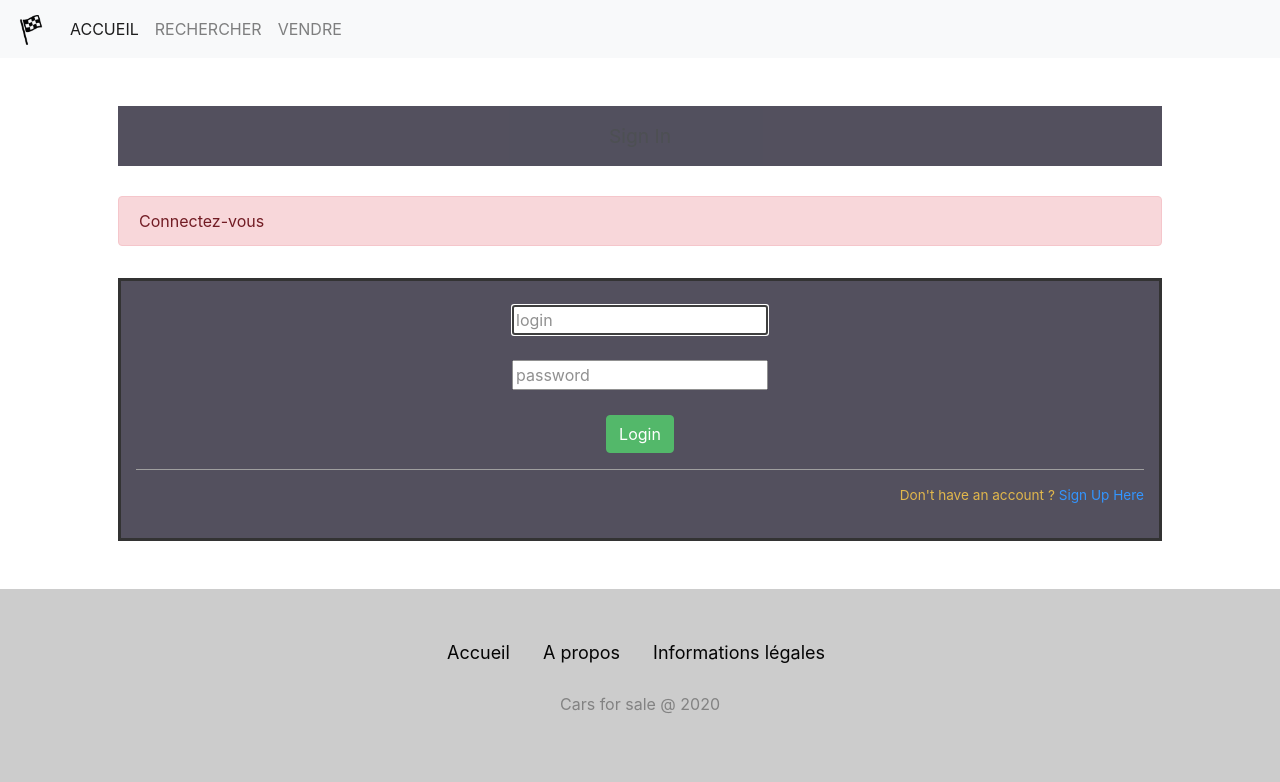
Repository: JonasvanHoorebeke/node_project_carforsale_final
Page: http://localhost/login/now
The author's editor kept a copy of each file at every save. The page is drawn from the files as they stood at one save, then again after the next save.
The browser window is 1280 px wide. The pictures show the whole page.
The page is served by the project's Node server (server.js).

Above is the page before, as saved 2020-08-26 09:42:43.

After the next save:
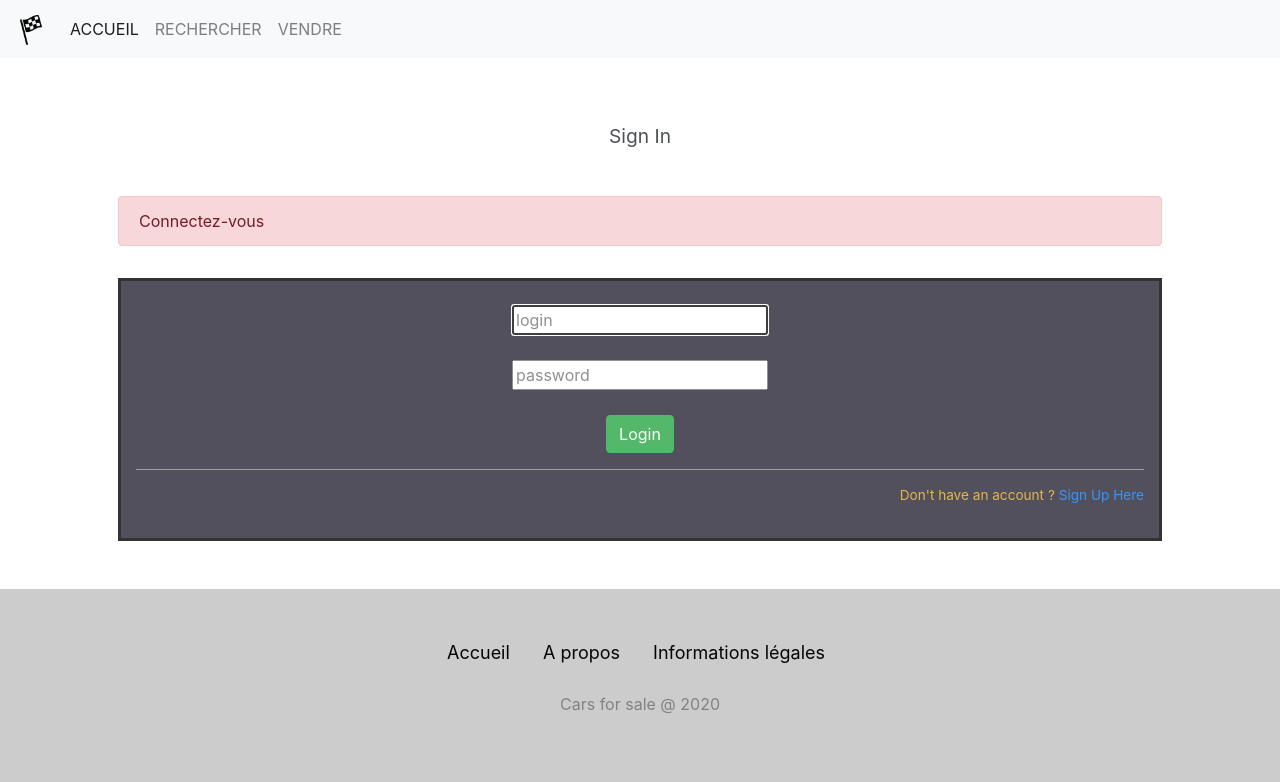
Saved 12 s later.
--- a/public/css/style.css
+++ b/public/css/style.css
@@ -198,7 +198,6 @@ form {
 
 .introsignup {
     font-size: larger;
-    background-color: #282536;
     opacity: 80%;
     border-top: black solid;
     border-bottom: black solid;
